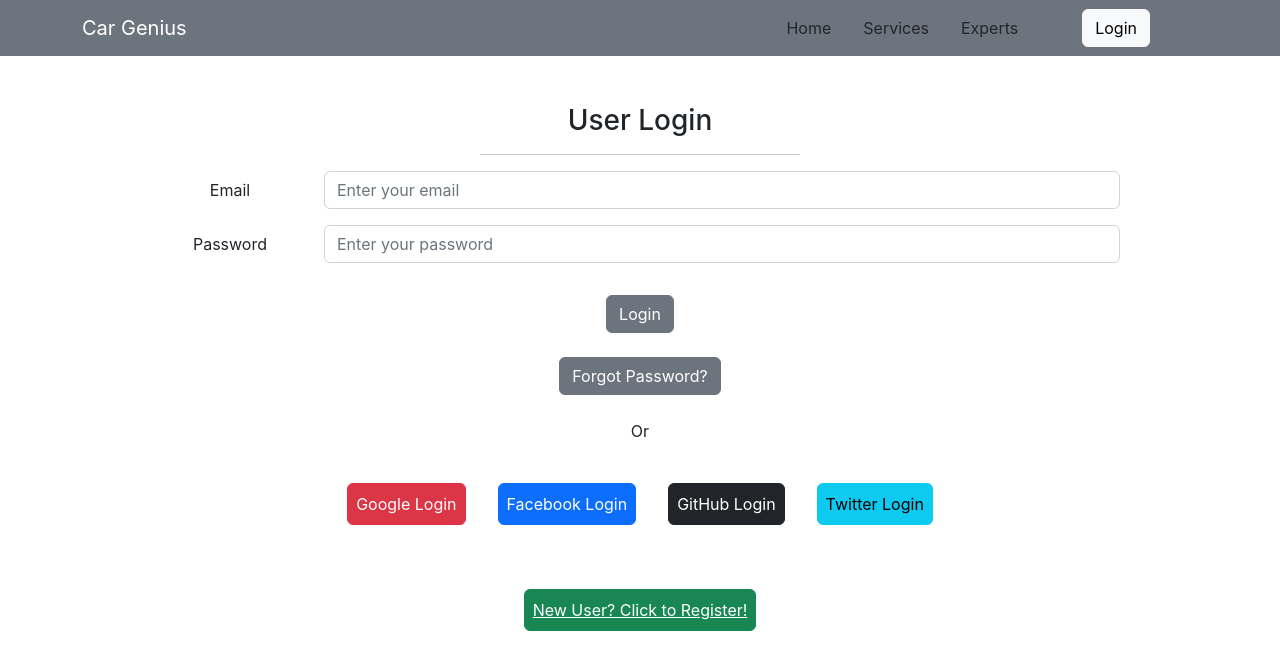
Repository: Sharif-00112/genius-car-service-client
Page: /login
The author's editor kept a copy of each file at every save. The page is drawn from the files as they stood at one save, then again after the next save.
The browser window is 1280 px wide. The pictures show the whole page.
The project was rebuilt for these pictures with package versions that can differ from the ones it lists, and the page was loaded fresh each time. Also part of the build but not shown: src/Pages/Home/Banner/Banner.js, src/Pages/Home/Expert/Expert.js, src/Pages/Home/Experts/Experts.js, src/Pages/Home/Service/Service.css, src/Pages/Home/Service/Service.js, src/Pages/Home/Services/Services.css, src/Pages/Home/Services/Services.js, src/Pages/Home/Home/Home.js and 4 more.

Above is the page before, as saved 2022-09-08 17:28:50.

After the next save:
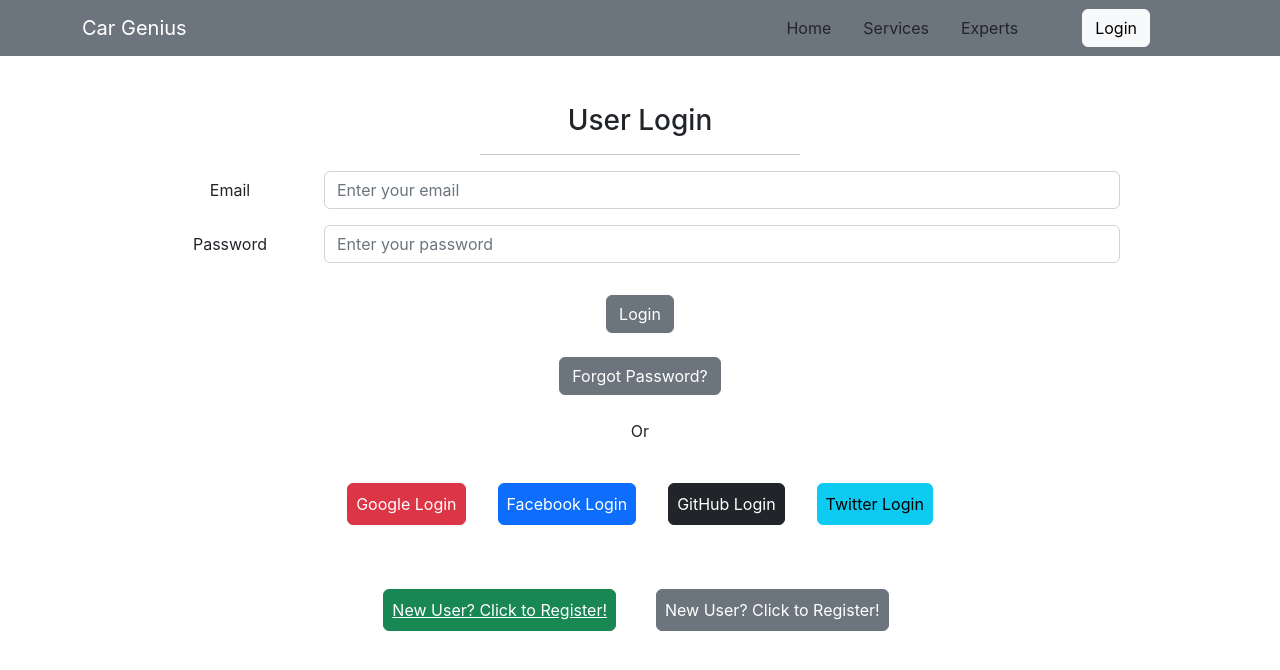
Saved 109 s later.
--- a/src/Pages/Login/Login/Login.js
+++ b/src/Pages/Login/Login/Login.js
@@ -58,6 +58,8 @@ const Login = () => {
                     <br />
 
                     <button className='btn btn-success p-2 m-3'><Link className='text-decoration-none text-white' to="/register"><u>New User? Click to Register!</u></Link></button>
+
+                    <Link className='text-decoration-none text-white m-2' to="/register"><u><button className='btn btn-secondary p-2 m-3'>New User? Click to Register!</button></u></Link>
                 </div>
                 :
                 <div className="mb-5">
